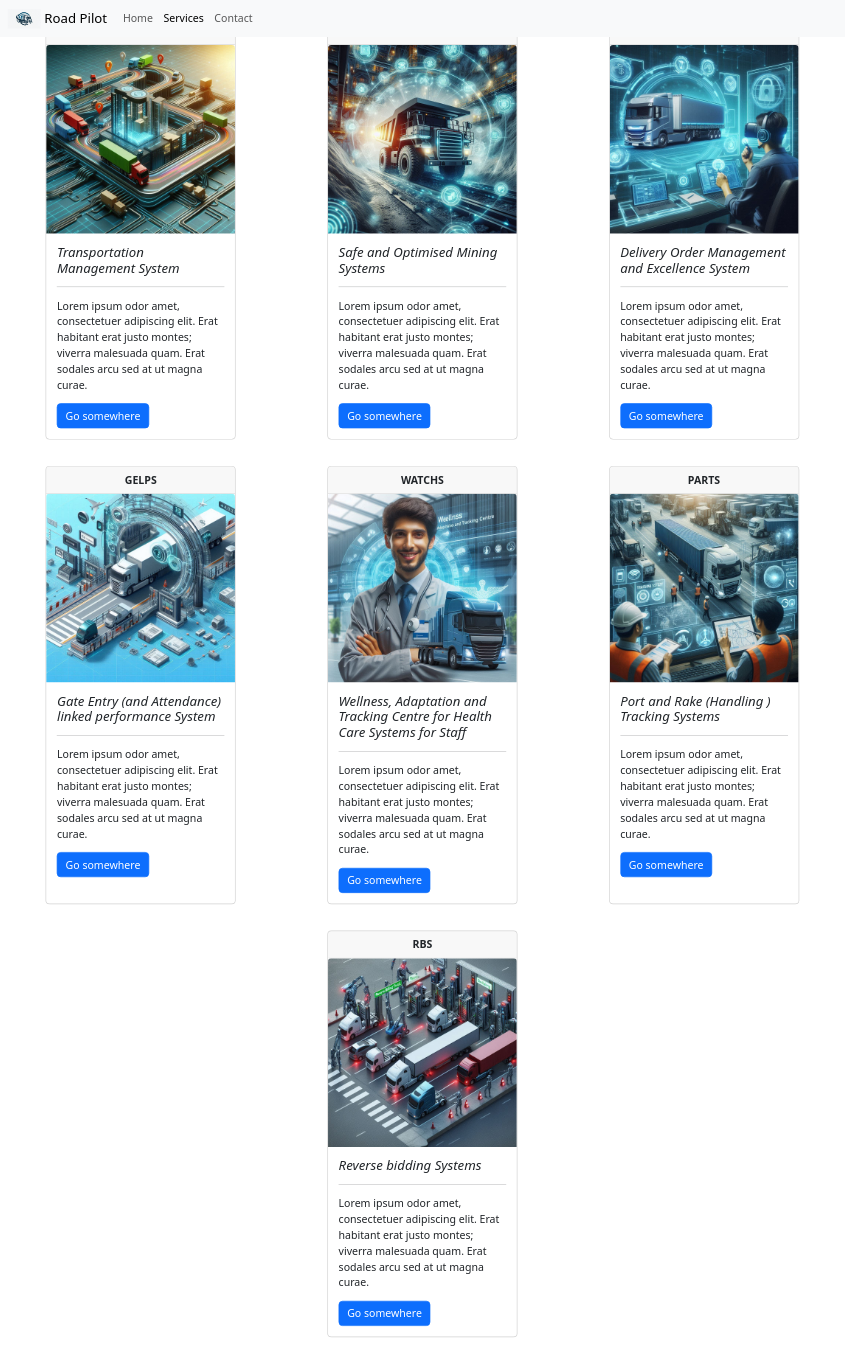
Repository: VictoriousMango/WebCreator
Page: pages/Services.html
The author's editor kept a copy of each file at every save. The page is drawn from the files as they stood at one save, then again after the next save.
The browser window is 1280 px wide. The pictures show the whole page, at 66% of full size.

Above is the page before, as saved 2024-11-09 12:12:17.

### pages/Services.html
<!DOCTYPE html>
<html lang="en">

<head>
    <meta charset="UTF-8">
    <meta name="viewport" content="width=device-width, initial-scale=1.0">
    <title>Web Creator</title>
    <link href="https://cdn.jsdelivr.net/npm/bootstrap@5.3.3/dist/css/bootstrap.min.css" rel="stylesheet"
        integrity="sha384-QWTKZyjpPEjISv5WaRU9OFeRpok6YctnYmDr5pNlyT2bRjXh0JMhjY6hW+ALEwIH" crossorigin="anonymous">
    <link rel="stylesheet" href="../assets/css/services.css">
</head>

<body>
    <!-- Navbar -->
    <nav class="navbar navbar-expand-lg bg-body-tertiary">
        <div class="container-fluid">
            <a class="navbar-brand" href="#">
                <img src="../assets/images/Logo.png" alt="Logo" width="50px" class="d-inline-block align-text-top">
                Road Pilot
            </a>
            <button class="navbar-toggler" type="button" data-bs-toggle="collapse" data-bs-target="#navbarNav"
                aria-controls="navbarNav" aria-expanded="false" aria-label="Toggle navigation">
                <span class="navbar-toggler-icon"></span>
            </button>
            <div class="collapse navbar-collapse" id="navbarNav">
                <ul class="navbar-nav">
                    <li class="nav-item">
                        <a class="nav-link" href="../">Home</a>
                    </li>
                    <li class="nav-item">
                        <a class="nav-link active" aria-current="page" href="#">Services</a>
                    </li>
                    <li class="nav-item">
                        <a class="nav-link" href="./contact.html">Contact</a>
                    </li>
                </ul>
            </div>
        </div>
    </nav>
    <!-- NavBar -->
    <!-- Solutions/Softwares we may provide
            *Transportation Management System (TRAMS)
            *Safe and Optimised Mining Systems (SOMS)
            *Delivery Order Management and Excellence System (DOMES)
            *Gate Entry (and Attendance) linked performance System (GELPS)
            *Wellness ,Adaptation and Tracking Centre for Health Care Systems for Staff(WATCHS)
            *Port and Rake (Handling ) Tracking Systems(PARTS)
            *Reverse bidding Systems
    -->
    <div class="services">
        <!-- TRAMS -->
        <div class="card" style="width: 18rem;">
            <div class="card-header">
                <b>TRAMS</b>
            </div>
            <img src="../assets/images/TRAMS.png" class="card-img-top" alt="...">
            <div class="card-body">
                <h5 class="card-title"><i>Transportation Management System</i></h5>
                <hr>
                <p class="card-text">Lorem ipsum odor amet, consectetuer adipiscing elit. Erat habitant erat justo montes; viverra malesuada quam. Erat sodales arcu sed at ut magna curae.</p>
                <a href="#" class="btn btn-primary">Go somewhere</a>
            </div>
        </div>
        <!-- SOMS -->
        <div class="card" style="width: 18rem;">
            <div class="card-header">
                <b>SOMS</b>
            </div>
            <img src="../assets/images/SOMS.png" class="card-img-top" alt="...">
            <div class="card-body">
                <h5 class="card-title"><i>Safe and Optimised Mining Systems</i></h5>
                <hr>
                <p class="card-text">Lorem ipsum odor amet, consectetuer adipiscing elit. Erat habitant erat justo montes; viverra malesuada quam. Erat sodales arcu sed at ut magna curae.</p>
                <a href="#" class="btn btn-primary">Go somewhere</a>
            </div>
        </div>
        <!-- DOMES -->
        <div class="card" style="width: 18rem;">
            <div class="card-header">
                <b>DOMES</b>
            </div>
            <img src="../assets/images/DOMES.png" class="card-img-top" alt="...">
            <div class="card-body">
                <h5 class="card-title"><i>Delivery Order Management and Excellence System</i></h5>
                <hr>
                <p class="card-text">Lorem ipsum odor amet, consectetuer adipiscing elit. Erat habitant erat justo montes; viverra malesuada quam. Erat sodales arcu sed at ut magna curae.</p>
                <a href="#" class="btn btn-primary">Go somewhere</a>
            </div>
        </div>
        <!-- GELPS -->
        <div class="card" style="width: 18rem;">
            <div class="card-header">
                <b>GELPS</b>
            </div>
            <img src="../assets/images/GELPS.png" class="card-img-top" alt="...">
            <div class="card-body">
                <h5 class="card-title"><i>
                    Gate Entry (and Attendance) linked performance System
                </i></h5>
                <hr>
                <p class="card-text">Lorem ipsum odor amet, consectetuer adipiscing elit. Erat habitant erat justo montes; viverra malesuada quam. Erat sodales arcu sed at ut magna curae.</p>
                <a href="#" class="btn btn-primary">Go somewhere</a>
            </div>
        </div>
        <!-- WATCHS -->
        <div class="card" style="width: 18rem;">
            <div class="card-header">
                <b>WATCHS</b>
            </div>
            <img src="../assets/images/WATCHS.png" class="card-img-top" alt="...">
            <div class="card-body">
                <h5 class="card-title"><i>Wellness, Adaptation and Tracking Centre for Health Care Systems for Staff</i></h5>
                <hr>
                <p class="card-text">Lorem ipsum odor amet, consectetuer adipiscing elit. Erat habitant erat justo montes; viverra malesuada quam. Erat sodales arcu sed at ut magna curae.</p>
                <a href="#" class="btn btn-primary">Go somewhere</a>
            </div>
        </div>
        <!-- PARTS -->
        <div class="card" style="width: 18rem;">
            <div class="card-header">
                <b>PARTS</b>
            </div>
            <img src="../assets/images/PARTS.png" class="card-img-top" alt="...">
            <div class="card-body">
                <h5 class="card-title"><i>Port and Rake (Handling ) Tracking Systems</i></h5>
                <hr>
                <p class="card-text">Lorem ipsum odor amet, consectetuer adipiscing elit. Erat habitant erat justo montes; viverra malesuada quam. Erat sodales arcu sed at ut magna curae.</p>
                <a href="#" class="btn btn-primary">Go somewhere</a>
            </div>
        </div>
        <!-- RBS -->
        <div class="card" style="width: 18rem;">
            <div class="card-header">
                <b>RBS</b>
            </div>
            <img src="../assets/images/RBS.png" class="card-img-top" alt="...">
            <div class="card-body">
                <h5 class="card-title"><i>Reverse bidding Systems</i></h5>
                <hr>
                <p class="card-text">Lorem ipsum odor amet, consectetuer adipiscing elit. Erat habitant erat justo montes; viverra malesuada quam. Erat sodales arcu sed at ut magna curae.</p>
                <a href="#" class="btn btn-primary">Go somewhere</a>
            </div>
        </div>
    </div>


    <!-- Scripts -->
    <script src="https://cdn.jsdelivr.net/npm/bootstrap@5.3.3/dist/js/bootstrap.bundle.min.js"
        integrity="sha384-YvpcrYf0tY3lHB60NNkmXc5s9fDVZLESaAA55NDzOxhy9GkcIdslK1eN7N6jIeHz"
        crossorigin="anonymous"></script>
    <script src="https://cdn.jsdelivr.net/npm/@popperjs/core@2.11.8/dist/umd/popper.min.js"
        integrity="sha384-I7E8VVD/ismYTF4hNIPjVp/Zjvgyol6VFvRkX/vR+Vc4jQkC+hVqc2pM8ODewa9r"
        crossorigin="anonymous"></script>
    <script src="https://cdn.jsdelivr.net/npm/bootstrap@5.3.3/dist/js/bootstrap.min.js"
        integrity="sha384-0pUGZvbkm6XF6gxjEnlmuGrJXVbNuzT9qBBavbLwCsOGabYfZo0T0to5eqruptLy"
        crossorigin="anonymous"></script>
</body>

</html>

### assets/css/services.css
.navbar {
    background-color: #333;
    color: white;
    /* margin-bottom: 5px; */
    /* padding: 15px; */
    position: fixed; /* Make the navbar fixed */
    top: 0; /* Stick to the top */
    width: 100%; /* Full width */
    z-index: 1000; /* Ensure it stays above other content */
}

.services {
    margin-top: 6px;
    display: flex;
    flex-wrap: wrap;
    justify-content: space-around;
}

.card {
    width: 200px;
    margin: 20px;
}

.card:hover {
    transform: scale(1.05);
    transition: ease-in-out;
    box-shadow: 0 0 20px rgba(0, 217, 255, 0.7); /* Change the color and intensity as needed */
}

.card-header {
    display: flex;
    justify-content: center;
}

After the next save:
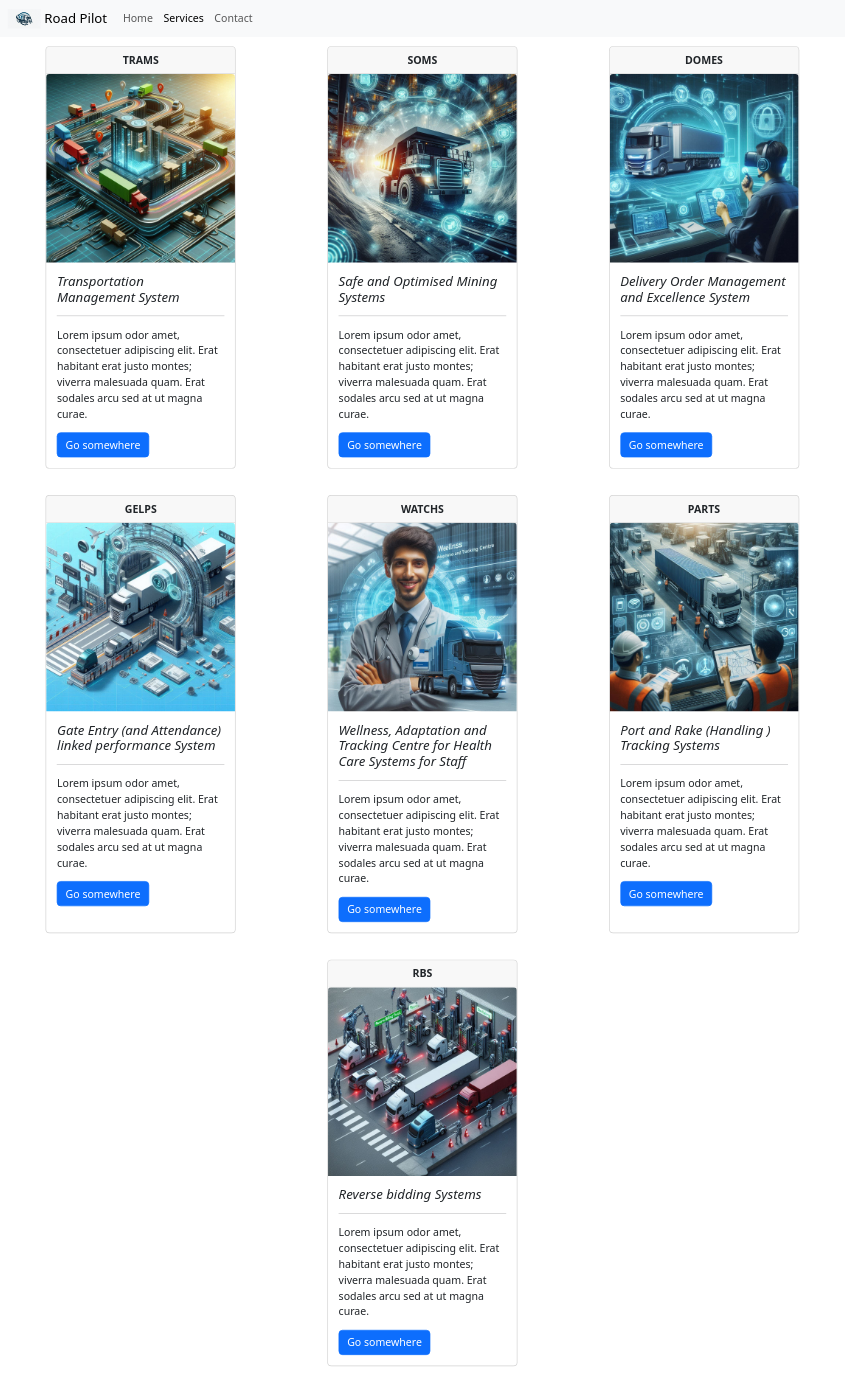
Saved 8 s later.
--- a/assets/css/services.css
+++ b/assets/css/services.css
@@ -10,7 +10,7 @@
 }
 
 .services {
-    margin-top: 6px;
+    margin-top: 50px;
     display: flex;
     flex-wrap: wrap;
     justify-content: space-around;
